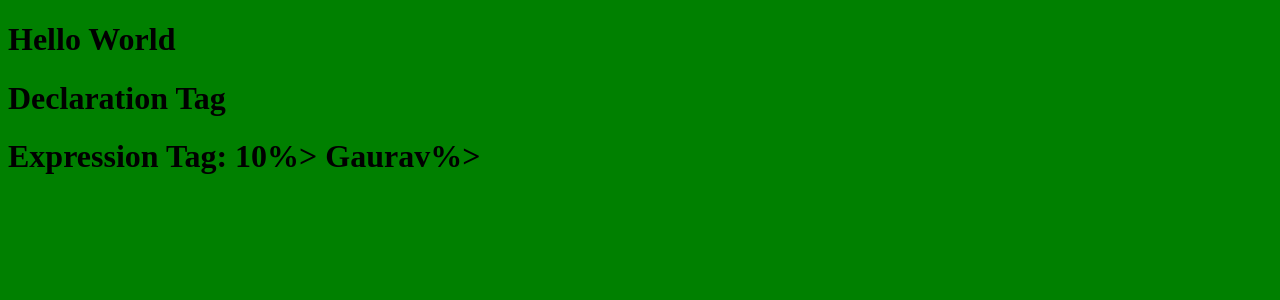
Repository: gaurav-codes123/Advance_Java
Page: http://localhost/JSP-Tutorial-01/
The author's editor kept a copy of each file at every save. The page is drawn from the files as they stood at one save, then again after the next save.
The browser window is 1280 px wide. The pictures show the whole page.
The page is served by Tomcat 9.

Above is the page before, as saved 2025-02-01 09:59:57.

### JSP-Tutorial-01/src/main/webapp/index.jsp
<%@ page language="java" contentType="text/html; charset=ISO-8859-1"
	pageEncoding="ISO-8859-1"%>
<!DOCTYPE html>
<html>
<head>
<meta charset="ISO-8859-1">
<title>Insert title here</title>
</head>
<body style="background-color: green">
	<h1>Hello World</h1>
	<h1>Declaration Tag</h1>
	<%!int a = 10;
	String name = "Gaurav";%>
	<h1>
		Expression Tag:
		<%=a%>%>
		<%=name%>%>
	</h1>
	<%
	int sum = 20 + 30;
/* 	out.println("sum=" + sum);
 */
	int sub = sum - 10;
/* 	out.println("sub=" + sub);
 */	%>

</body>
</html>

After the next save:
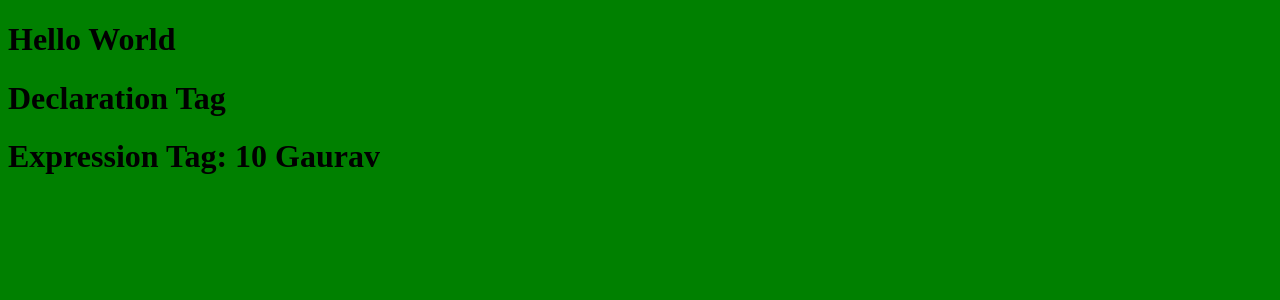
Saved 75 s later.
--- a/JSP-Tutorial-01/src/main/webapp/index.jsp
+++ b/JSP-Tutorial-01/src/main/webapp/index.jsp
@@ -13,8 +13,8 @@
 	String name = "Gaurav";%>
 	<h1>
 		Expression Tag:
-		<%=a%>%>
-		<%=name%>%>
+		<%=a%>
+		<%=name%>
 	</h1>
 	<%
 	int sum = 20 + 30;
